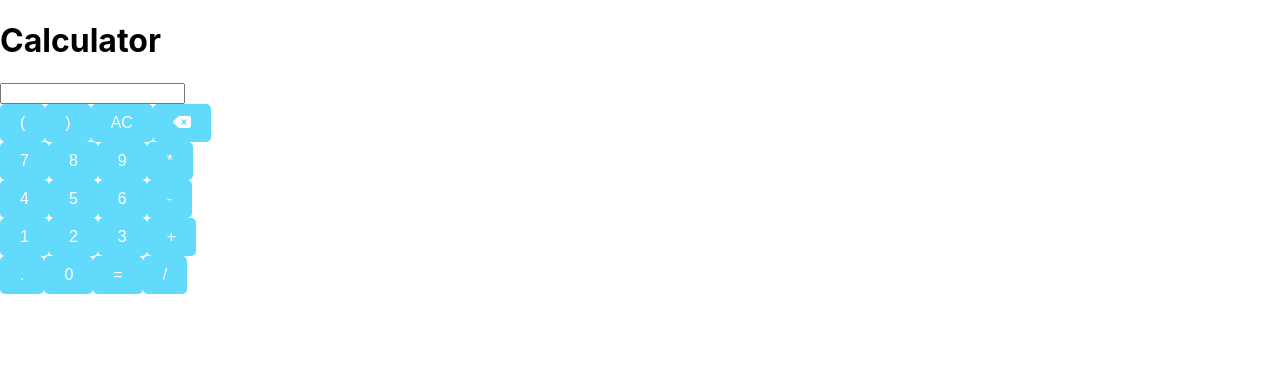
Repository: thesaherriaz/Calculator-React
Page: /
The author's editor kept a copy of each file at every save. The page is drawn from the files as they stood at one save, then again after a run of saves.
The browser window is 1280 px wide. The pictures show the whole page.
The project was rebuilt for these pictures with package versions that can differ from the ones it lists, and the page was loaded fresh each time.

Above is the page before, as saved 2025-06-18 15:08:56.

### public/index.html
<!DOCTYPE html>
<html lang="en">
  <head>
    <meta charset="utf-8" />
    <link rel="icon" href="%PUBLIC_URL%/favicon.ico" />
    <meta name="viewport" content="width=device-width, initial-scale=1" />
    <meta name="theme-color" content="#000000" />
    <meta
      name="description"
      content="Web site created using create-react-app"
    />
    <link rel="apple-touch-icon" href="%PUBLIC_URL%/logo192.png" />
    <link rel="stylesheet" href="https://cdnjs.cloudflare.com/ajax/libs/font-awesome/6.0.0/css/all.min.css">
    <!--
      manifest.json provides metadata used when your web app is installed on a
      user's mobile device or desktop. See https://developers.google.com/web/fundamentals/web-app-manifest/
    -->
    <link rel="manifest" href="%PUBLIC_URL%/manifest.json" />
    <!--
      Notice the use of %PUBLIC_URL% in the tags above.
      It will be replaced with the URL of the `public` folder during the build.
      Only files inside the `public` folder can be referenced from the HTML.

      Unlike "/favicon.ico" or "favicon.ico", "%PUBLIC_URL%/favicon.ico" will
      work correctly both with client-side routing and a non-root public URL.
      Learn how to configure a non-root public URL by running `npm run build`.
    -->
    <title>React App</title>
  </head>
  <body>
    <noscript>You need to enable JavaScript to run this app.</noscript>
    <div id="root"></div>
    <!--
      This HTML file is a template.
      If you open it directly in the browser, you will see an empty page.

      You can add webfonts, meta tags, or analytics to this file.
      The build step will place the bundled scripts into the <body> tag.

      To begin the development, run `npm start` or `yarn start`.
      To create a production bundle, use `npm run build` or `yarn build`.
    -->
  </body>
</html>

### src/App.js
import React from 'react'
import Calculator from './compnents/Calculator'

function App() {
  return (
    <Calculator />
  )
}

export default App

### src/compnents/Calculator.jsx
import React from 'react'
import './Calculator.css'
function Calculator() {
  return (
    <>
        <div className="Calculator">
            <h1>Calculator</h1>
            <input type="text" name="input" id="input" />
            <div>
                <button className='btn-cal'>(</button>
                <button className='btn-cal'>)</button>
                <button className='btn-cal'>AC</button>
                <button className='btn-cal'><i class="fa-solid fa-delete-left"></i></button> <br />
                <button className='btn-cal'>7</button>
                <button className='btn-cal'>8</button>
                <button className='btn-cal'>9</button>
                <button className='btn-cal'>*</button> <br />
                <button className='btn-cal'>4</button>
                <button className='btn-cal'>5</button>
                <button className='btn-cal'>6</button>
                <button className='btn-cal'>-</button> <br />
                <button className='btn-cal'>1</button>
                <button className='btn-cal'>2</button>
                <button className='btn-cal'>3</button>
                <button className='btn-cal'>+</button> <br />
                <button className='btn-cal'>.</button>
                <button className='btn-cal'>0</button>
                <button className='btn-cal'>=</button>
                <button className='btn-cal'>/</button>
            </div>
        </div>
    </>
  )
}

export default Calculator

### src/compnents/Calculator.css
.btn-cal{
  background-color: #61dafb;
  color: white;
  border: none;
  padding: 10px 20px;
  font-size: 16px;
  cursor: pointer;
  border-radius: 5px;
  ma
}

Loaded but not shown: src/index.js (common file); src/index.css (common file); src/reportWebVitals.js (common file)

After the next 4 saves:
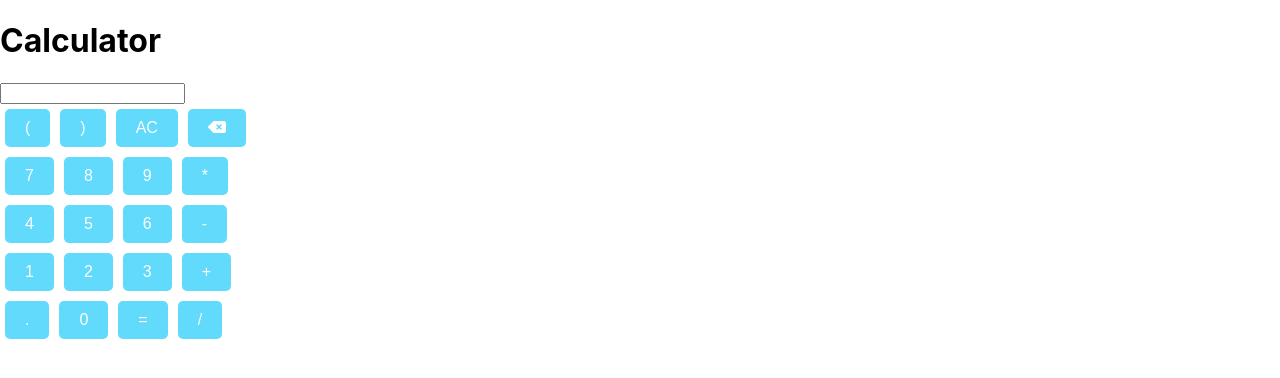
The 4 saves are shown as one change because they came seconds apart.
The last was saved 9 s later.
--- a/src/compnents/Calculator.css
+++ b/src/compnents/Calculator.css
@@ -6,5 +6,6 @@
   font-size: 16px;
   cursor: pointer;
   border-radius: 5px;
-  ma
+  margin: 5px;
+  transition: background-color 0.3s ease;
 }
